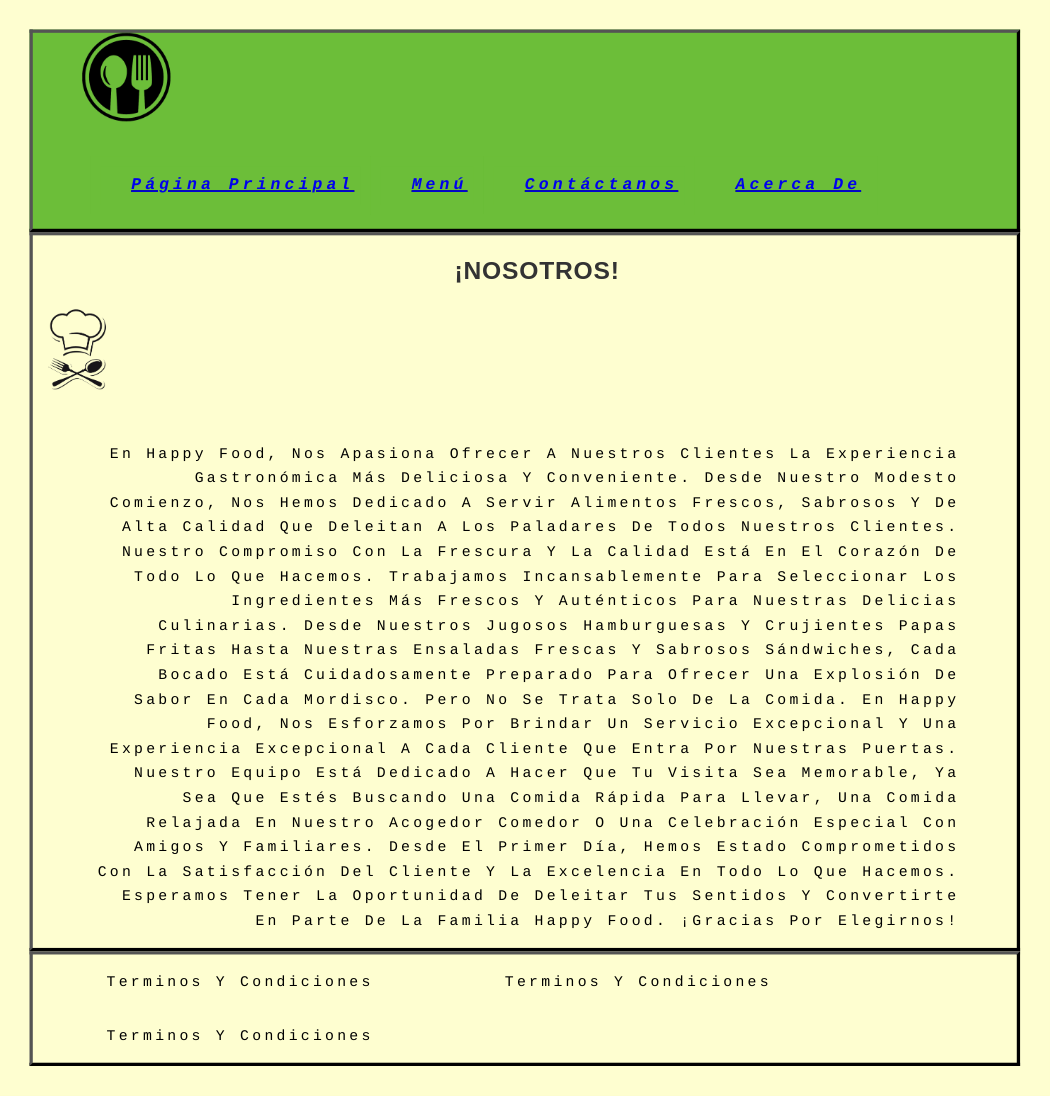
Repository: UVMCoyoacan/eq06_sitio1
Page: Carpeta docs/acercade.html
An editor plug-in stored every save of this project. The page is shown before and after the next save, followed by the edit.
The browser window is 1280 px wide. The pictures show the whole page, at 82% of full size.

Above is the page before, as saved 2024-04-13 22:44:51.

### Carpeta docs/acercade.html
<!DOCTYPE html>
<html>
    <head>
        <link rel="stylesheet" href="../Carpeta estilos/estilo1.css"/>
        <meta charset="utf-8" />
    </head>
    <body>
        <header id="parte_inicial" role="banner">
            <div class="encabezado" style="display: flex;   flex-wrap: wrap;">
                    <div style="flex-wrap:wrap ;">
                    <img width="108" height="108" src="../Carpeta ims/tres.png" onclick="redirigirIndex()" style="text-align: left; cursor:pointer;";>
                    </div>
            <div style="display: flex;   flex-wrap: wrap;">
            <ul >
                <li><a href="../index.html">Página principal</a></li>
                <li><a href="menu.html">Menú</a></li>
                <li><a href="contactos.html">Contáctanos</a></li>
                <li style="float:right"><a class="active" href="#">Acerca de</a></li>
            </ul>
        </div>
            </div>
        </header>
<div
style="border-style: outset;
    border-color: #000000;
    border-width: .4ch;">
        <h4> ¡Nosotros!</h4><img width="108" height="108" src="../Carpeta ims/spoon-removebg-preview.png" onclick="redirigirIndex()" style="text-align: left; cursor:pointer;";>
        <ul style="text-align: right;">


<br>

En Happy Food, nos apasiona ofrecer a nuestros clientes la experiencia gastronómica más deliciosa y conveniente. Desde nuestro modesto comienzo, nos hemos dedicado a servir alimentos frescos, sabrosos y de alta calidad que deleitan a los paladares de todos nuestros clientes.

Nuestro compromiso con la frescura y la calidad está en el corazón de todo lo que hacemos. Trabajamos incansablemente para seleccionar los ingredientes más frescos y auténticos para nuestras delicias culinarias. Desde nuestros jugosos hamburguesas y crujientes papas fritas hasta nuestras ensaladas frescas y sabrosos sándwiches, cada bocado está cuidadosamente preparado para ofrecer una explosión de sabor en cada mordisco.

Pero no se trata solo de la comida. En Happy Food, nos esforzamos por brindar un servicio excepcional y una experiencia excepcional a cada cliente que entra por nuestras puertas. Nuestro equipo está dedicado a hacer que tu visita sea memorable, ya sea que estés buscando una comida rápida para llevar, una comida relajada en nuestro acogedor comedor o una celebración especial con amigos y familiares.

Desde el primer día, hemos estado comprometidos con la satisfacción del cliente y la excelencia en todo lo que hacemos. Esperamos tener la oportunidad de deleitar tus sentidos y convertirte en parte de la familia Happy Food.

¡Gracias por elegirnos!


        </ul>
    </div>
    <div style="border-style: outset;
    border-color: #000000;
    border-width: .4ch;">
        <footer >
            <div style="display: flex;   flex-wrap: wrap;">
                <ul>Terminos y condiciones</ul>
                <ul>Terminos y condiciones</ul>
                <ul>Terminos y condiciones</ul>
            </div>
        </footer>
    </div>
    </body>
    <script src="../Carpeta js/js1.js">
    </script>
</html>

### Carpeta estilos/estilo1.css
body{
  background-color:#fefec0be;
  font-size:20px;
  font-family:Courier;
  font-weight:bold;
  font-style:normal;
  line-height:30px;
  letter-spacing:5px;
  padding: 28px;
  text-transform:capitalize;
  text-align:left;
  text-indent:30px;

}
header{
  background-color:#6cbe39;
  font-size:20px;
  font-family:Courier;
  font-weight:bold;
  font-style:italic;
  line-height:60px;
  letter-spacing:5px;
  text-transform:capitalize;
  text-align:left;
  text-indent:60px;
  border-style: outset;
  border-color: #000000;
  border-width: .4ch;

}
li {
  display: inline;
  float: left;
  background-color:#6cbe39;
  font-size:20px;
  font-family:Courier;
  font-weight:bold;
  font-style:oblique;
  line-height:30px;
  letter-spacing:5px;
  text-decoration:underline;
  text-transform:capitalize;
  text-align:left;
  text-indent:30px;
  border-style:inherit;
  border-color: #303130;
  padding: 12px;
}


a {
  display: block;
  padding: 8px;
  background-color:#6cbe39;
}
.active {
  background-color:transparent;

}

#titulo{
  text-decoration: overline underline;
  font-size:30px;
  font-style:oblique;

}

p{

    font-size: 30px;
    font-family: Courier;
    font-weight: bold;
    font-style:italic;
    line-height: 30px;
    letter-spacing: 5px;
    text-transform: capitalize;
    text-align: left;
    text-indent: 30px;
    margin-left: auto;
    color: #2e2e2e;
      background-color: #ffffff;


    }

  ol{

      font-size: 20px;
      font-family: Courier;
      font-weight:200;
      font-style: normal;
      line-height: 30px;
      letter-spacing: 5px;
      text-transform: capitalize;
      text-align: left;
      text-indent: 30px;
      color: #2e2e2e;
      padding-left: 40px;
    }
    h1{
      font-size: 30px;
      font-family: Courier;
      font-weight: bold;
      font-style:italic;
      line-height: 30px;
      letter-spacing: 5px;
      text-transform: capitalize;
      text-align: left;
      text-indent: 30px;
      margin-left: auto;
      color: #2e2e2e;
        background-color: #b3e64c;
    }
    h2 {
      font-size: 30px;
      font-family: Arial, sans-serif;
      font-weight: bold;
      font-style: normal;
      line-height: 1.5;
      letter-spacing: 1px;
      text-transform: uppercase;
      text-align: center;
      color: #333333;
      margin-top: 20px;
      margin-bottom: 20px;
    }
    ul{
      font-size: 18px;
      font-family: Courier;
      font-weight:200;
      font-style:initial;
      line-height: 30px;
      letter-spacing: 4px;
      text-transform: capitalize;
      text-align: left;
      text-indent: 20px;
      color: #000000;
      padding-left: 70px;
      padding-right: 70px;

    }

  h3{
    font-size: 30px;
    font-family: Courier;
    font-weight: bold;
    font-style:italic;
    line-height: 30px;
    letter-spacing: 5px;
    text-transform: capitalize;
    text-align: left;
    text-indent: 30px;
    margin-left: auto;
    color: #2e2e2e;
      background-color: #b3e64c;
  }
  h4 {
    font-size: 30px;
    font-family: Arial, sans-serif;
    font-weight: bold;
    font-style: normal;
    line-height: 1.5;
    letter-spacing: 1px;
    text-transform: uppercase;
    text-align: center;
    color: #333333;
    margin-top: 20px;
    margin-bottom: 20px;
  }
  @keyframes bounce {
    0% { transform: translateY(0); }
    50% { transform: translateY(-40px); }
    100% { transform: translateY(0); }
  }

  .bounce {
    animation: bounce 1.0s infinite;
  }

### Carpeta js/js1.js
function redirigirIndex() {
    window.location.href = '../index.html';
}

After the next save:
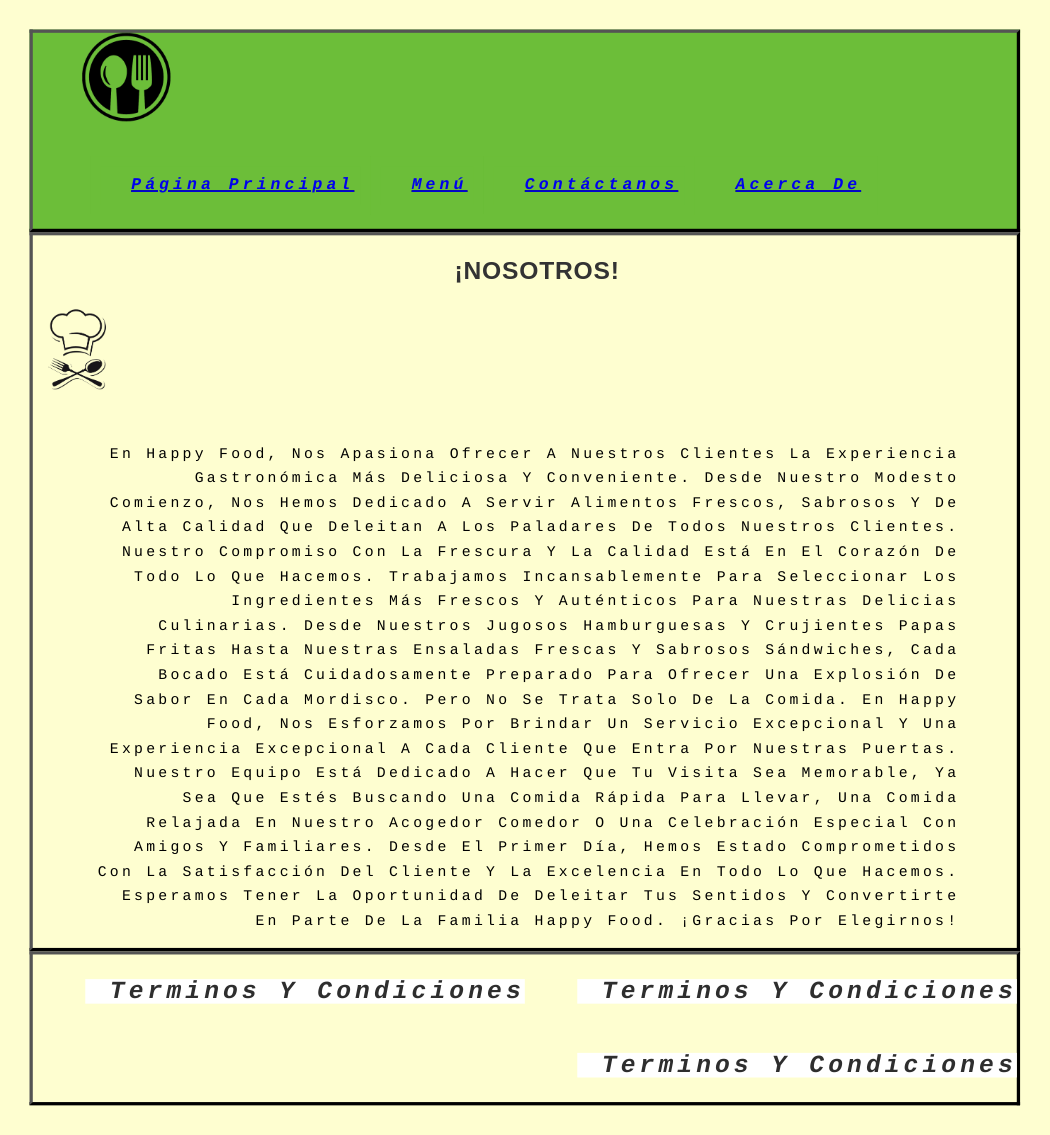
Saved 24 s later.
--- a/Carpeta docs/acercade.html
+++ b/Carpeta docs/acercade.html
@@ -48,9 +48,9 @@
     border-width: .4ch;">
         <footer >
             <div style="display: flex;   flex-wrap: wrap;">
-                <ul>Terminos y condiciones</ul>
-                <ul>Terminos y condiciones</ul>
-                <ul>Terminos y condiciones</ul>
+                <p>Terminos y condiciones</p>
+                <p>Terminos y condiciones</p>
+                <p>Terminos y condiciones</p>
             </div>
         </footer>
     </div>

After the save that followed:
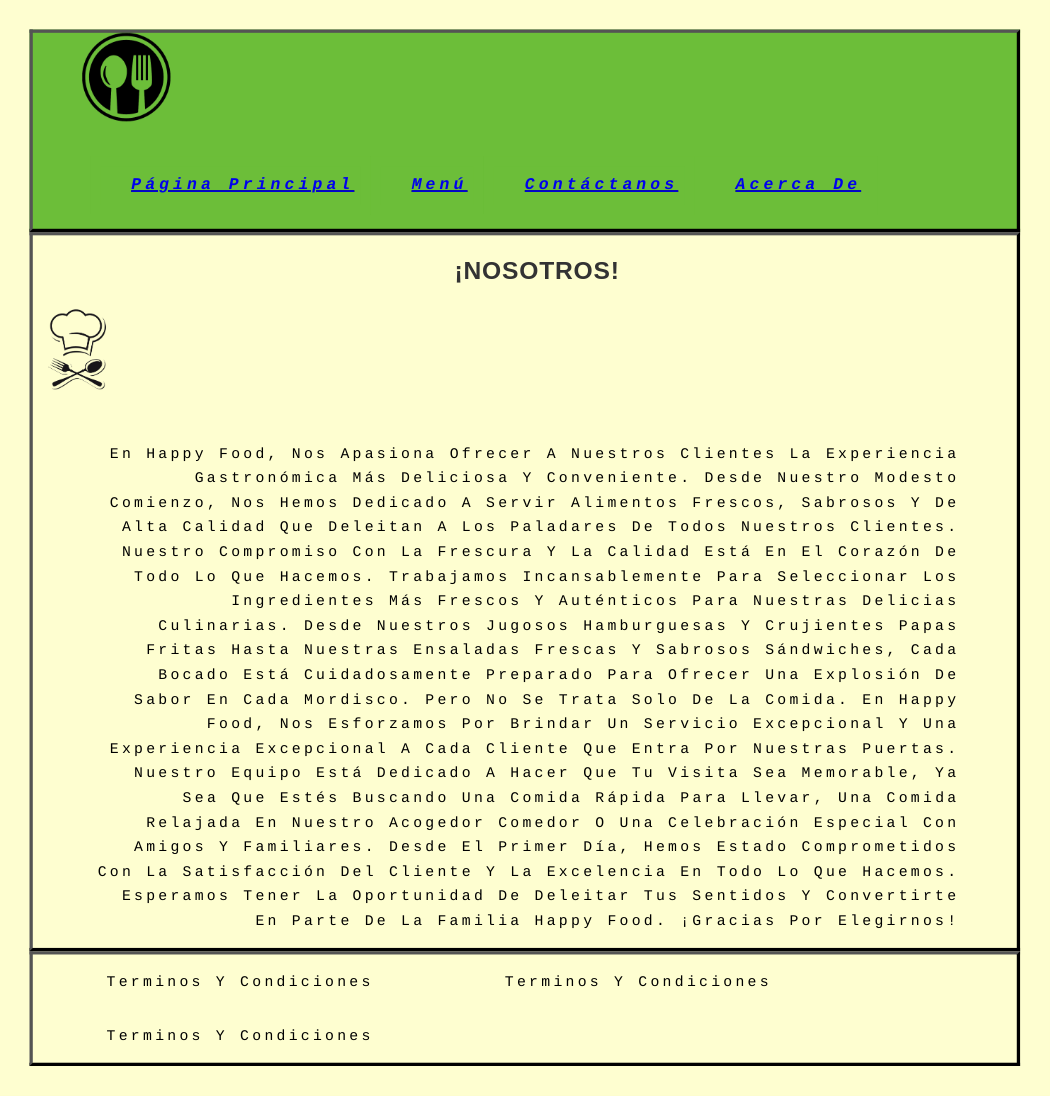
Saved 10 s later.
--- a/Carpeta docs/acercade.html
+++ b/Carpeta docs/acercade.html
@@ -48,9 +48,9 @@
     border-width: .4ch;">
         <footer >
             <div style="display: flex;   flex-wrap: wrap;">
-                <p>Terminos y condiciones</p>
-                <p>Terminos y condiciones</p>
-                <p>Terminos y condiciones</p>
+                <ul>Terminos y condiciones</ul>
+                <ul>Terminos y condiciones</ul>
+                <ul>Terminos y condiciones</ul>
             </div>
         </footer>
     </div>
